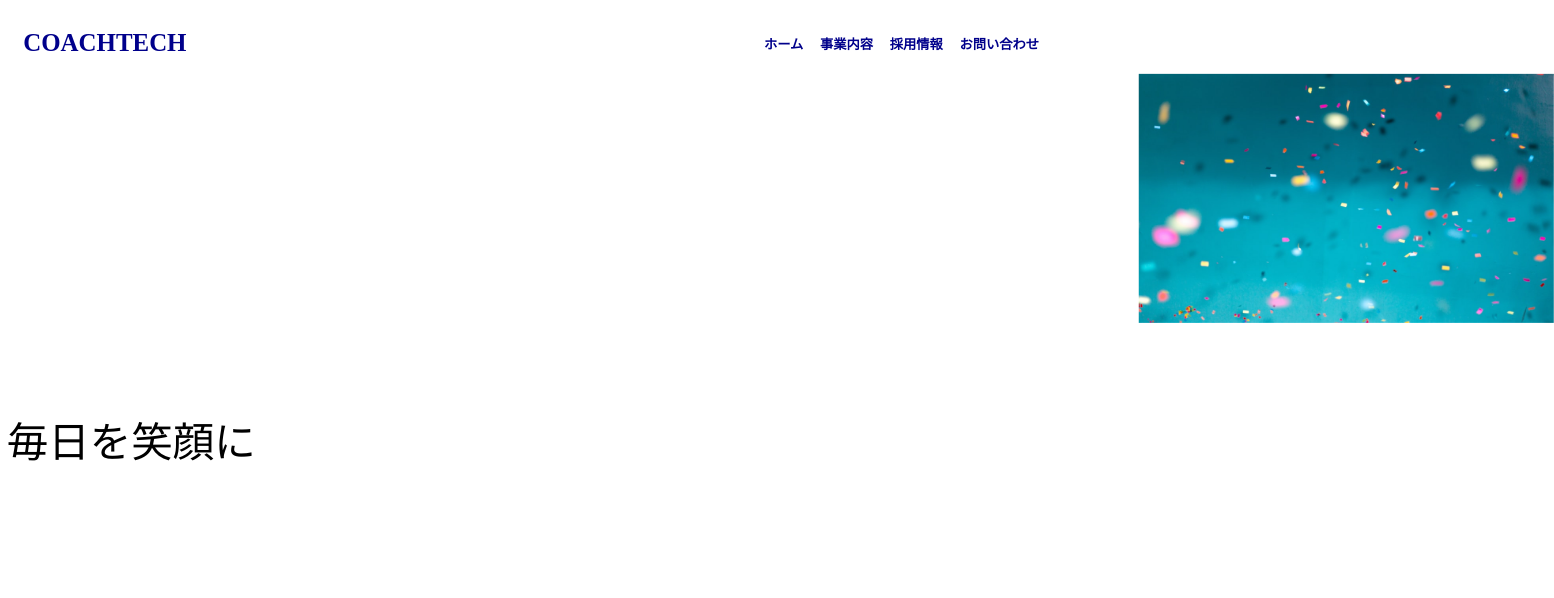
Repository: moro-ayu3/20230213_morohoshi
Page: index.html
The author's editor kept a copy of each file at every save. The page is drawn from the files as they stood at one save, then again after a run of saves.
The browser window is 1280 px wide. The page is 1872 px wide, so the pictures cover 1872 px, including what lies to the right of the window. The pictures show the whole page, at 83% of full size.

Above is the page before, as saved 2023-02-14 21:28:12.

### index.html
<!DOCTYPE html>
<html lang="ja">

  <head>
    <meta charset="UTF-8" />
    <meta name="viewport" content="width=device-width, initial-scale=1.0" />
    <title>css演習問題</title>
    <link rel="stylesheet" href="./style.css">
  </head>

  <body>
   <div class="homepage">
    <header class="header">
     <h1 class="header-ttl">
     COACHTECH
     </h1>
     <ul class="header-list">
      <li class="header-item">ホーム</li><li class="header-item">事業内容</li><li class="header-item">採用情報</li><li class="header-item">お問い合わせ</li>
     </ul>
    </header>
   <main>
     <div class="relative-img">
      <img src="img/firstview.jpeg" width="500" height="300"alt="firstview">
     </div>
     <div class="flex">
      <p class="main-ttl">毎日を笑顔に</p>
      <div class="absolute-blue-box"></div>
     </div>
    </main>
   </div>
  </body>

</html>

### style.css
.homepage {
  width: 100%;
}

.header {
  display: flex;
  justify-content: space-between;
  align-items: center;
  margin-top: 15px;
  color: #00008b;
}

.header-ttl {
  font-size: 30px;
  margin-left: 20px;
}

.header-list {
  display: flex;
  font-weight: bold;
  list-style: none;
}

.header-item {
  margin-right: 20px;
}

.relative-img {
  margin-top: 50px;
  position: relative;
  bottom: 50px;
  left: 600px;
  text-align: right;
  z-index: 10;
}

.img {
  width: 100%;
  height: auto;
}


.flex {
  display: flex;
  flex-direction: column;
}

.main-ttl {
  color: black;
  font-size: 50px;
  text-align: justify;
}

.absolute-blue-box {
  wi
  height: 150px;
  margin-bottom: 15px;
  margin-left: 40px;
  z-index: 0;
  background-color: #00008b;
}

After the next 7 saves:
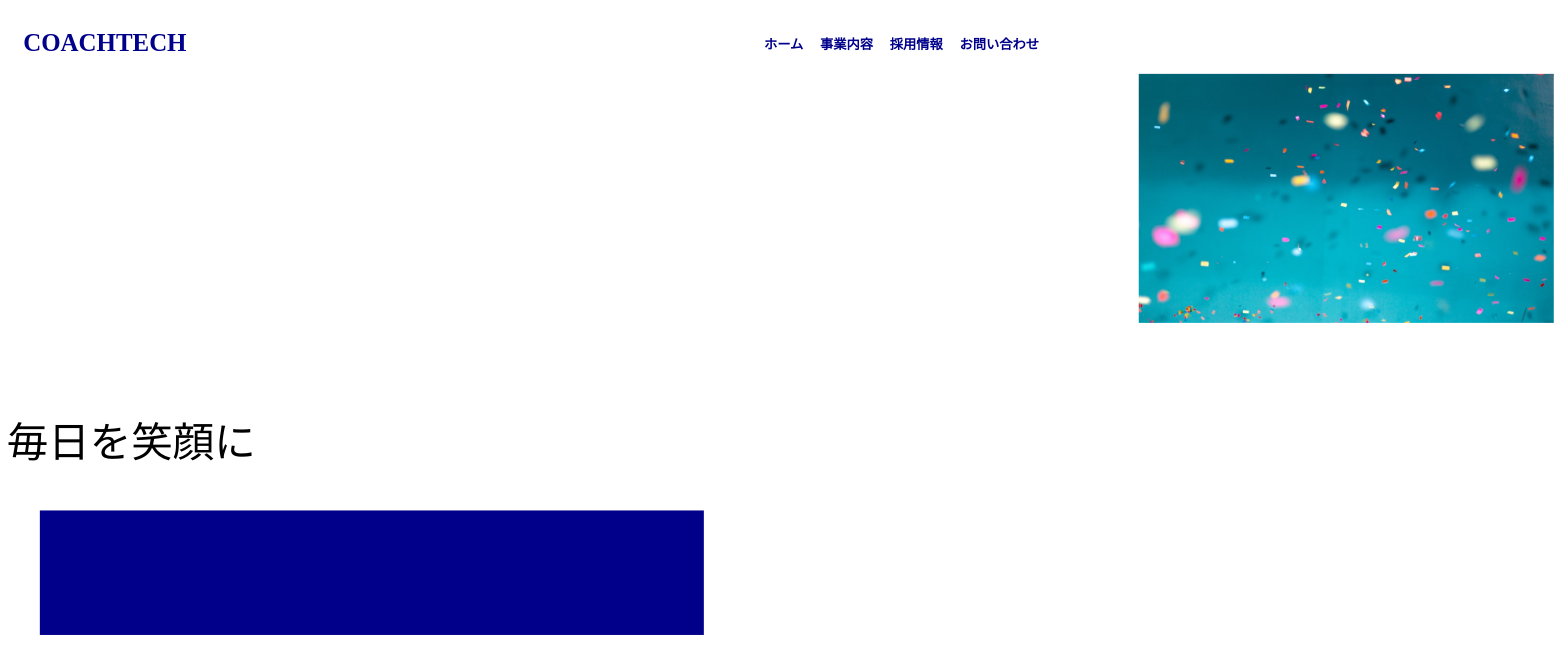
The 7 saves are shown as one change because they came seconds apart.
The last was saved 27 s later.
--- a/style.css
+++ b/style.css
@@ -52,7 +52,7 @@
 }
 
 .absolute-blue-box {
-  wi
+  width: 800px;
   height: 150px;
   margin-bottom: 15px;
   margin-left: 40px;
